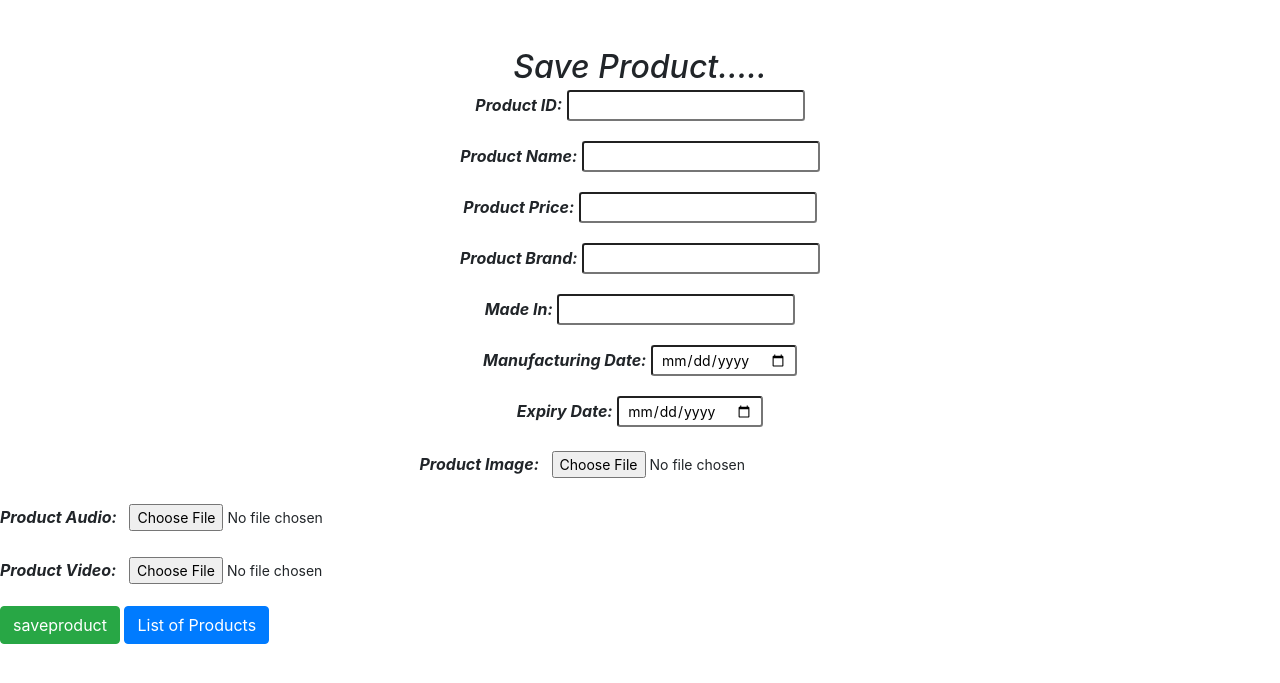
Repository: ShailajaMakkala/AdvJavaPrograms
Page: ProductManagementApp1/src/main/webapp/add-product.html
The author's editor kept a copy of each file at every save. The page is drawn from the files as they stood at one save, then again after the next save.
The browser window is 1280 px wide. The pictures show the whole page.

Above is the page before, as saved 2024-03-12 09:44:13.

After the next save:
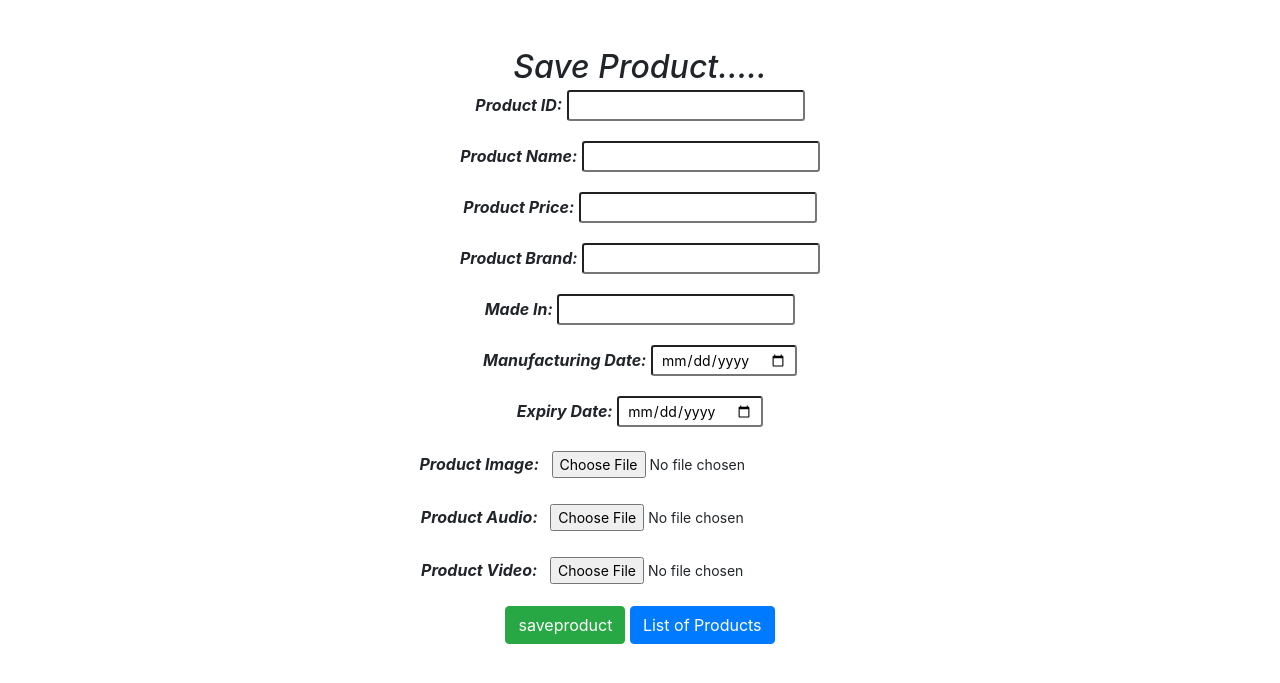
Saved 63 s later.
--- a/ProductManagementApp1/src/main/webapp/add-product.html
+++ b/ProductManagementApp1/src/main/webapp/add-product.html
@@ -61,14 +61,13 @@
             <input type="file" class="form-control-sm" id="proImage" name="proImage" accept="image/*" required>
 
         </div>
-            </div>
+
 
          <div class="form-group">
             <label class="font-center font-italic font-weight-bold" for="proAudio">Product Audio:</label>
             <input type="file" class="form-control-sm" id="proAudio" name="proAudio" accept="Audio/*" required>
 
         </div>
-          </div>
 
          <div class="form-group">
             <label class="font-center font-italic font-weight-bold" for="proVideo">Product Video:</label>
